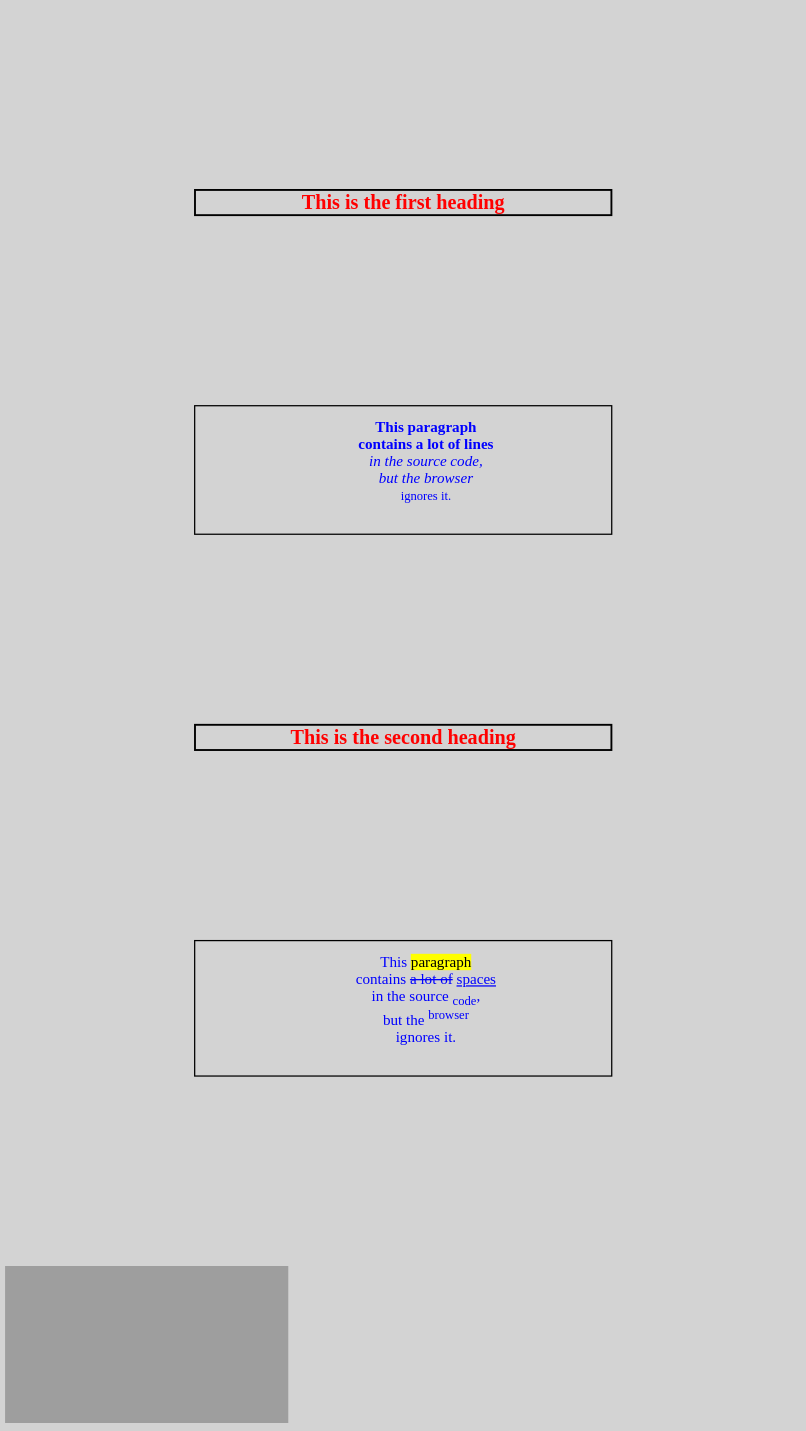
Repository: zRush1202/LoginPage-demo
Page: ex_html/index.html
These files come from the project's save history. The page is drawn as it stood at one moment and after the next save; the edit follows.
The browser window is 1280 px wide. The pictures show the whole page, at 63% of full size.
Pictures or frames that could not be fetched are drawn as grey boxes.

Above is the page before, as saved 2023-09-06 17:57:59.

After the next save:
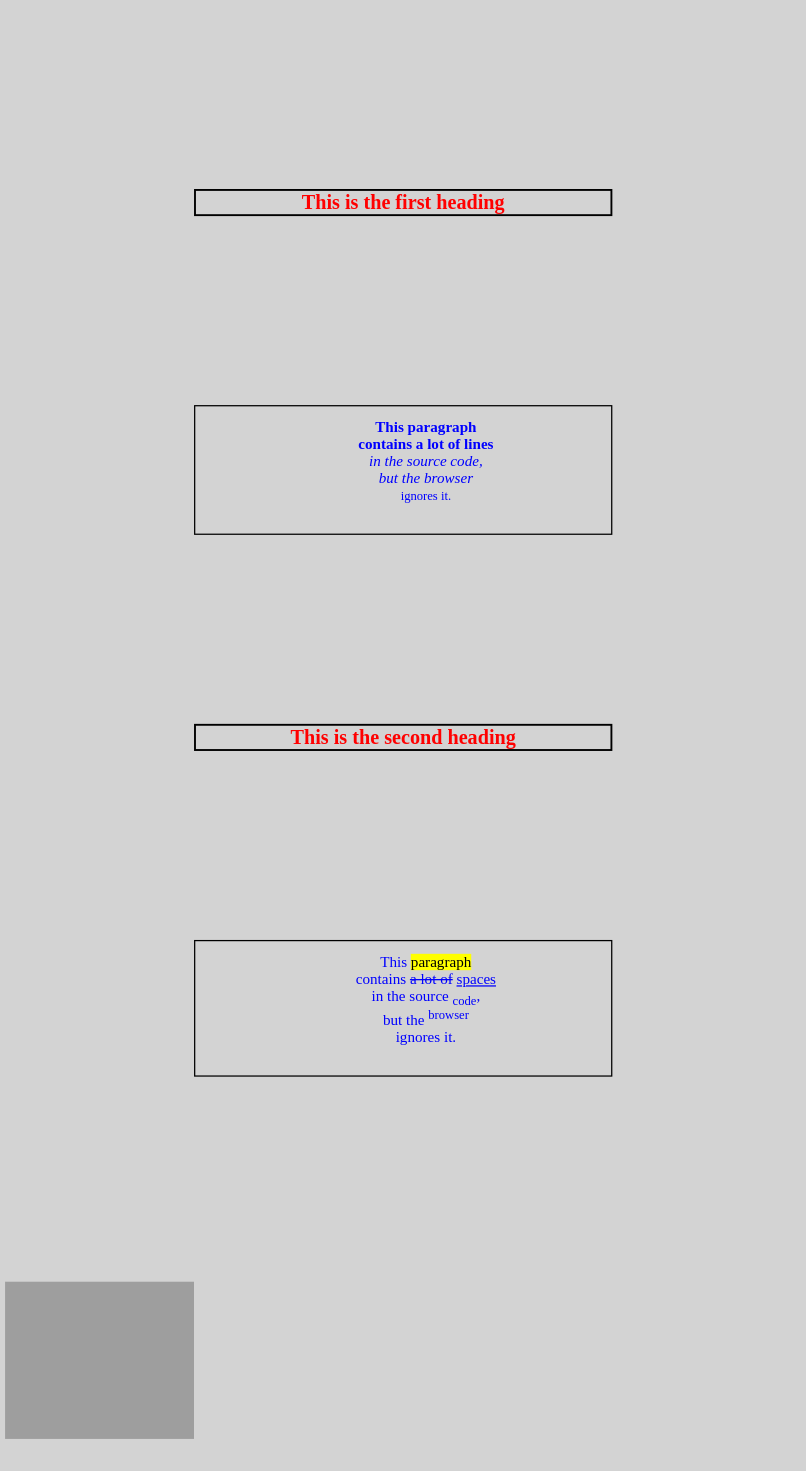
Saved 112 s later.
--- a/ex_html/style.css
+++ b/ex_html/style.css
@@ -33,3 +33,16 @@ body {
     font-size: 150%;
     font-family: 'Times New Roman', Times, serif;
   }
+
+  a {
+    display: flex;
+    justify-content: center; /*chỉnh theo chiều ngang*/
+    align-items: center; /*chỉnh theo chiều dọc*/
+    height: 300px;
+    width: 300px;
+  }
+
+  a img {
+    max-width: 100%;
+    max-height: 100%;
+  }
